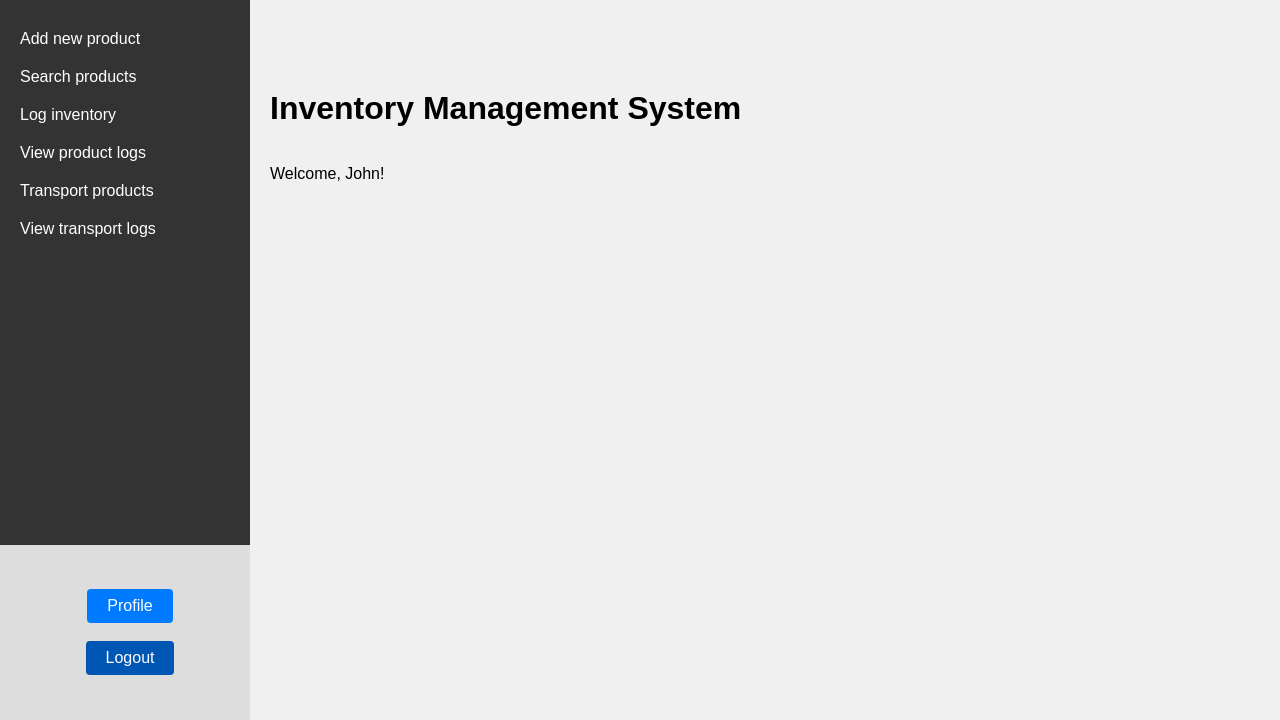
Repository: Warspinix/Flask-Web-Applications
Page: http://localhost/dashboard
These files come from the project's save history. The page is drawn as it stood at one moment and after the next save; the edit follows.
The browser window is 1280 px wide. The pictures show the whole page.
The pointer rests on the first visible `.profile-logout a.btn-danger`.
The page is served by the project's application, run on Flask 3 (app.py). The session is filled in as if someone had signed in: {"user_id": 1, "first_name": "John"}.

Above is the page before, as saved 2024-06-13 22:36:38.

### templates/dashboard.html
<!-- dashboard.html -->

<!DOCTYPE html>
<html>

<head>
    <title>Inventory Management System</title>
    <link rel="stylesheet" type="text/css" href="{{ url_for('static', filename='style.css') }}">
</head>

<body>
    <div class="container">
        <!-- Navigation Bar -->
        <nav class="navbar" id="navbar">
            <div class="navbar-container">
                <!-- Functionality list -->
                <ul class="navbar-menu" id="menu">
                    <li><a href="{{ url_for('add_product') }}">Add new product</a></li>
                    <li><a href="{{ url_for('search_products') }}">Search products</a></li>
                    <li><a href="{{ url_for('log_inventory') }}">Log inventory</a></li>
                    <li><a href="{{ url_for('view_product_logs') }}">View product logs</a></li>
                    <li><a href="{{ url_for('transport_products') }}">Transport products</a></li>
                    <li><a href="{{ url_for('view_transport_logs') }}">View transport logs</a></li>
                </ul>

                <div class="profile-logout">
                    <a href="{{ url_for('profile') }}" class="btn btn-primary">Profile</a><br>
                    <a href="{{ url_for('logout') }}" class="btn btn-danger">Logout</a>
                </div>
            </div>
        </nav>
        <div class="content">
            <h1>Inventory Management System</h1>

            <!-- Welcome message -->
            <p>Welcome, {{ first_name }}!</p>
        </div>
    </div>
</body>

</html>

### app.py
from flask import Flask, render_template, redirect, url_for, flash, session
import flask_mysqldb
from flask_wtf import FlaskForm
from wtforms import StringField, PasswordField, SubmitField, IntegerField, SelectField
from wtforms.validators import DataRequired, NumberRange, Optional
import os
import datetime
from flask_bcrypt import Bcrypt

secret_key = os.urandom(24).hex()

app = Flask(__name__)
app.config["SECRET_KEY"] = secret_key
app.config["MYSQL_HOST"] = "localhost"
app.config["MYSQL_USER"] = "root"
app.config["MYSQL_PASSWORD"] = ""
app.config["MYSQL_DB"] = "inventory"

bcrypt = Bcrypt(app)

mysql = flask_mysqldb.MySQL(app)

class RegistrationForm(FlaskForm):
    email = StringField("Email", validators=[DataRequired()])
    first_name = StringField("First Name", validators=[DataRequired()])
    last_name = StringField("Last Name", validators=[DataRequired()])
    password = PasswordField("Password", validators=[DataRequired()])
    submit = SubmitField("Register")

class LoginForm(FlaskForm):
    user_id = StringField("User ID", validators=[DataRequired()])
    password = PasswordField("Password", validators=[DataRequired()])
    submit = SubmitField("Login")

class AddProductForm(FlaskForm):
    product_name = StringField("Product Name", validators=[DataRequired()])
    submit = SubmitField("Add Product")

class SearchForm(FlaskForm):
    search_by = StringField("Search by", validators=[DataRequired()])
    search_term = StringField("Search term", validators=[DataRequired()])
    submit = SubmitField("Search")

class AddToInventoryForm(FlaskForm):
    product_id = StringField("Product ID", validators=[DataRequired()])
    quantity_added = StringField("Quantity to add", validators=[DataRequired()])
    submit = SubmitField("Add to Inventory")

from flask_wtf import FlaskForm
from wtforms import SelectField, StringField, SubmitField
from wtforms.validators import DataRequired, Optional

class ViewProductLogsForm(FlaskForm):
    search_by = SelectField("Search by", choices=[
        ('', 'Select option'),
        ('id', 'Product ID'),
        ('month', 'Month'),
        ('both', 'Both')
    ], validators=[DataRequired()])
    product_id = StringField("Product ID", validators=[Optional()])
    month = SelectField("Select month", choices=[
        ('', 'Select month'),
        ('1', 'January'), ('2', 'February'), ('3', 'March'), ('4', 'April'),
        ('5', 'May'), ('6', 'June'), ('7', 'July'), ('8', 'August'),
        ('9', 'September'), ('10', 'October'), ('11', 'November'), ('12', 'December')
    ], validators=[Optional()])
    submit = SubmitField("View Logs")


class TransportForm(FlaskForm):
    product_id = IntegerField('Product ID', validators=[DataRequired(), NumberRange(min=1)])
    quantity_transported = IntegerField('Quantity to transport', validators=[DataRequired(), NumberRange(min=1)])
    submit = SubmitField('Transport')

class ViewTransportLogsForm(FlaskForm):
    search_by = SelectField("Search by", choices=[('', 'Select option'), ('id', 'Product ID'), ('month', 'Month'), ('both', 'Both')], validators=[DataRequired()])
    product_id = StringField("Product ID", validators=[Optional()])
    month = StringField("Select month", validators=[Optional()])
    submit = SubmitField("View Logs")


@app.route("/")
def index():
    return render_template("index.html")

@app.route("/register", methods=["GET", "POST"])
def register():
    form = RegistrationForm()
    if form.validate_on_submit():
        cur = mysql.connection.cursor()
        cur.execute("SELECT COUNT(*) FROM users")
        count = cur.fetchone()[0] + 1
        user_id = str(datetime.date.today().year) + str(count).zfill(3)
        registration_date = datetime.date.today()
        registration_time = datetime.datetime.now().time()
        hashed_password = bcrypt.generate_password_hash(form.password.data).decode('utf-8')
        cur.execute("INSERT INTO users (id, email, first_name, last_name, password, registration_date, registration_time) VALUES (%s, %s, %s, %s, %s, %s, %s)",
                    (user_id, form.email.data, form.first_name.data, form.last_name.data, hashed_password, registration_date, registration_time))
        mysql.connection.commit()
        # flash("Registration successful! You will be redirected to the home page in 3 seconds.")
        # return render_template("register_success.html")
        return redirect(url_for("index"))
    return render_template("register.html", form=form)

@app.route("/login", methods=["GET", "POST"])
def login():
    form = LoginForm()
    if form.validate_on_submit():
        cur = mysql.connection.cursor()
        print(form.user_id.data)
        print(form.password.data)
        cur.execute("SELECT password, first_name FROM users WHERE email = %s", (form.user_id.data,))
        result = cur.fetchone()
        print(result)
        if result:
            hashed_password = result[0]
            if bcrypt.check_password_hash(hashed_password, form.password.data):
                session['user_id'] = form.user_id.data
                session['first_name'] = result[1]  # Store first name in session
                return redirect(url_for("dashboard"))
            else:
                flash("Invalid user ID or password")
        else:
            flash("Invalid user ID or password")
    return render_template("login.html", form=form)

@app.route("/logout")
def logout():
    session.pop('user_id', None)
    session.pop('first_name', None)
    return redirect(url_for("index"))

@app.route("/dashboard")
def dashboard():
    if 'user_id' not in session:
        return redirect(url_for("login"))
    return render_template("dashboard.html", user_id=session['user_id'], first_name=session['first_name'])

@app.route("/profile")
def profile():
    if 'user_id' not in session:
        return redirect(url_for("login"))
    cur = mysql.connection.cursor()
    cur.execute("SELECT email, first_name, last_name, registration_date FROM users WHERE id = %s", (session['user_id'],))
    result = cur.fetchone()
    if result:
        return render_template("profile.html", email=result[0], first_name=result[1], last_name=result[2], registration_date=result[3])
    else:
        flash("User not found")
        return redirect(url_for("dashboard"))

@app.route("/add_product", methods=["GET", "POST"])
def add_product():
    if 'user_id' not in session:
        return redirect(url_for("login"))
    form = AddProductForm()
    if form.validate_on_submit():
        cur = mysql.connection.cursor()
        cur.execute("INSERT INTO products (name, quantity) VALUES (%s, %s)",
                    (form.product_name.data, 0))
        mysql.connection.commit()
        cur.execute("SELECT id FROM products ORDER BY id DESC LIMIT 1")
        product_id = cur.fetchone()[0]
        flash("Product added successfully! Product ID is " + str(product_id))
    return render_template("add_product.html", form=form, user_id=session['user_id'], first_name=session['first_name'])

@app.route("/search_products", methods=["GET", "POST"])
def search_products():
    if 'user_id' not in session:
        return redirect(url_for("login"))
    form = SearchForm()
    if form.validate_on_submit():
        cur = mysql.connection.cursor()
        if form.search_by.data == "id":
            cur.execute("SELECT * FROM products WHERE id = %s", (form.search_term.data,))
        else:
            cur.execute("SELECT * FROM products WHERE name LIKE %s", ("%" + form.search_term.data + "%",))
        products = cur.fetchall()
        return render_template("search_products.html", form=form, products=products, user_id=session['user_id'], first_name=session['first_name'])
    return render_template("search_products.html", form=form, user_id=session['user_id'], first_name=session['first_name'])

@app.route("/log_inventory", methods=["GET", "POST"])
def log_inventory():
    if 'user_id' not in session:
        return redirect(url_for("login"))
    form = AddToInventoryForm()
    if form.validate_on_submit():
        cur = mysql.connection.cursor()
        cur.execute("SELECT quantity FROM products WHERE id = %s", (form.product_id.data,))
        result = cur.fetchone()
        if result:
            new_quantity = result[0] + int(form.quantity_added.data)
            cur.execute("UPDATE products SET quantity = %s WHERE id = %s", (new_quantity, form.product_id.data))
            mysql.connection.commit()
            cur.execute("INSERT INTO products_log (product_id, quantity_added, log_date, log_time, user_id) VALUES (%s, %s, %s, %s, %s)",
                        (form.product_id.data, form.quantity_added.data, datetime.date.today(), datetime.datetime.now().time(), session['user_id']))
            mysql.connection.commit()
            flash("Inventory updated successfully!")
        else:
            flash("Product not found")
    return render_template("log_inventory.html", form=form, user_id=session['user_id'], first_name=session['first_name'])

@app.route("/view_product_logs", methods=["GET", "POST"])
def view_product_logs():
    if 'user_id' not in session:
        return redirect(url_for("login"))

    form = ViewProductLogsForm()
    product_logs = None

    if form.validate_on_submit():
        search_by = form.search_by.data
        product_id = form.product_id.data
        month = form.month.data

        query = """SELECT pl.product_id, p.name, pl.quantity_added, pl.log_date, pl.log_time,
                          CONCAT(u.first_name, ' ', u.last_name) AS full_name
                   FROM products_log pl
                   JOIN products p ON pl.product_id = p.id
                   JOIN users u ON pl.user_id = u.id"""
        conditions = []
        params = []

        if search_by == 'id':
            conditions.append("pl.product_id = %s")
            params.append(product_id)
        elif search_by == 'month':
            conditions.append("MONTH(pl.log_date) = %s")
            params.append(month)
        elif search_by == 'both':
            conditions.append("pl.product_id = %s AND MONTH(pl.log_date) = %s")
            params.append(product_id)
            params.append(month)

        if conditions:
            query += " WHERE " + " AND ".join(conditions)

        cur = mysql.connection.cursor()
        cur.execute(query, tuple(params))
        product_logs = cur.fetchall()

    return render_template("view_product_logs.html", form=form, product_logs=product_logs, user_id=session['user_id'], first_name=session['first_name'])

@app.route("/transport_products", methods=["GET", "POST"])
def transport_products():
    if 'user_id' not in session:
        return redirect(url_for("login"))
    form = TransportForm()
    if form.validate_on_submit():
        cur = mysql.connection.cursor()
        cur.execute("SELECT quantity FROM products WHERE id = %s", (form.product_id.data,))
        result = cur.fetchone()
        if result:
            current_quantity = result[0]
            if current_quantity >= form.quantity_transported.data:
                new_quantity = current_quantity - form.quantity_transported.data
                cur.execute("UPDATE products SET quantity = %s WHERE id = %s", (new_quantity, form.product_id.data))
                mysql.connection.commit()
                cur.execute("INSERT INTO transports_log (product_id, user_id, quantity_transported, log_date, log_time) VALUES (%s, %s, %s, %s, %s)",
                            (form.product_id.data, session['user_id'], form.quantity_transported.data, datetime.date.today(), datetime.datetime.now().time()))
                mysql.connection.commit()
                flash("Product transported successfully!")
            else:
                flash("Not enough quantity in stock")
        else:
            flash("Product not found")
    return render_template("transport_products.html", form=form, user_id=session['user_id'], first_name=session['first_name'])

@app.route("/view_transport_logs", methods=["GET", "POST"])
def view_transport_logs():
    if 'user_id' not in session:
        return redirect(url_for("login"))
    form = ViewTransportLogsForm()
    transport_logs = None
    if form.validate_on_submit():
        search_by = form.search_by.data
        product_id = form.product_id.data
        month = form.month.data

        query = """SELECT tl.id, tl.product_id, p.name, tl.quantity_transported, tl.log_date, tl.log_time,
                          CONCAT(u.first_name, ' ', u.last_name) AS full_name
                   FROM transports_log tl
                   JOIN products p ON tl.product_id = p.id
                   JOIN users u ON tl.user_id = u.id"""
        params = []

        if search_by == 'id':
            query += " WHERE tl.product_id = %s"
            params.append(product_id)
        elif search_by == 'month':
            query += " WHERE MONTH(tl.log_date) = %s"
            params.append(month)
        elif search_by == 'both':
            query += " WHERE tl.product_id = %s AND MONTH(tl.log_date) = %s"
            params.append(product_id)
            params.append(month)

        cur = mysql.connection.cursor()
        cur.execute(query, tuple(params))
        transport_logs = cur.fetchall()

    return render_template("view_transport_logs.html", form=form, transport_logs=transport_logs, user_id=session['user_id'], first_name=session['first_name'])

if __name__ == "__main__":
    app.run(debug=True)

### static/style.css
/* Reset default styles */
* {
    margin: 0;
    padding: 0;
    box-sizing: border-box;
}

body {
    font-family: Arial, sans-serif;
    background-color: #f0f0f0;
    display: flex;
    flex-direction: column;
    min-height: 100vh;
}

h1 {
    padding-bottom: 1.2em;
}

/* Navigation Bar styles */
.navbar {
    background-color: #333;
    color: #fff;
    position: fixed;
    width: 250px; /* Set the width */
    height: 100%;
    top: 0;
    left: 0;
    z-index: 1000;
    transition: all 0.3s ease;
}

.navbar-container {
    display: flex;
    flex-direction: column;
    height: 100%;
}

.navbar-header {
    display: flex;
    align-items: center;
    justify-content: space-between; /* Adjust spacing */
    margin-bottom: 20px; /* Adjust spacing */
}

.navbar-brand {
    color: #fff;
    text-decoration: none;
    font-size: 1.5rem;
    margin-left: 10px;
}

.navbar-menu {
    list-style-type: none;
    display: flex;
    height: 75svh;
    /* padding: 10px 20px; */
    flex-direction: column;
    margin-top: 20px; /* Push menu items to the bottom */
}

.navbar-menu li {
    margin-right: 0; /* Remove margin */
}

.navbar-menu li a {
    color: #fff;
    text-decoration: none;
}

.navbar-menu li {
    padding: 10px 20px;
    transition: color 0.3s ease;
}

.navbar-menu li:hover {
    background-color: #007bff;
}

/* Profile and logout buttons */
.profile-logout {
    display: flex;
    flex-direction: column;
    background-color: #ddd;
    align-items: center;
    justify-content: center;
    text-align: right;
    padding: 10px 40px;
    height: 25svh;
}

.profile-logout a {
    color: #fff;
    text-decoration: none;
    padding: 8px 20px;
    border-radius: 4px;
    margin-left: 10px;
    transition: background-color 0.3s ease;
}

.profile-logout a.btn {
    color: #fff;
    text-decoration: none;
    padding: 8px 20px;
    border-radius: 4px;
    transition: background-color 0.3s ease;
}

.profile-logout a.btn-primary {
    background-color: #007bff;
}

.profile-logout a.btn-danger {
    background-color: #dc3545;
}

.profile-logout a.btn-danger:hover {
    background-color: #0056b3;
}


/* Menu toggle button */
.menu-toggle {
    background: none;
    border: none;
    cursor: pointer;
    display: none;
    padding: 5px;
    position: absolute;
    top: 10px;
    right: 10px;
    z-index: 1500;
}

.menu-toggle span {
    background-color: #fff;
    display: block;
    height: 2px;
    margin-bottom: 4px;
    transition: transform 0.2s ease, background-color 0.2s ease;
    width: 20px;
}

.menu-toggle span:nth-child(1) {
    transform: translateY(6px) rotate(45deg);
}

.menu-toggle span:nth-child(2) {
    opacity: 0;
}

.menu-toggle span:nth-child(3) {
    transform: translateY(-6px) rotate(-45deg);
}

@media screen and (max-width: 768px) {
    .navbar {
        width: 250px;
        transform: translateX(-100%);
        transition: transform 0.3s ease;
    }

    .navbar.active {
        transform: translateX(0);
    }

    .navbar-container {
        flex-direction: row;
    }

    .navbar-header {
        margin-bottom: 20px; /* Adjust spacing */
        width: 100%;
        display: flex;
        justify-content: space-between;
    }

    .navbar-brand {
        margin-bottom: 0; /* Adjust spacing */
    }

    .navbar-menu {
        flex-direction: column;
        margin-top: 0;
        width: 100%;
    }

    .navbar-menu.active {
        flex-direction: column;
    }

    .menu-toggle {
        display: block;
    }

    .profile-logout a {
        margin-left: 10px;
        margin-bottom: 0;
    }
}

/* Side Navigation for small screens */
.side-nav {
    position: fixed;
    top: 0;
    left: -250px;
    width: 250px;
    height: 100%;
    background-color: #333;
    transition: all 0.3s ease;
    z-index: 1200;
}

.side-nav.active {
    left: 0;
}

.side-nav ul {
    list-style-type: none;
    padding: 0;
    margin: 20px 0;
}

.side-nav ul li {
    padding: 10px;
    border-bottom: 1px solid #666;
}

.side-nav ul li a {
    color: #fff;
    text-decoration: none;
    display: block;
    transition: all 0.3s ease;
}

.side-nav ul li a:hover {
    background-color: #007bff;
}

/* Content area */
.content {
    margin-left: 250px; /* Width of the side nav */
    margin-top: 70px;
    padding: 20px;
    flex: 1;
}

/* Form styles */
form {
    background-color: #fff;
    padding: 20px;
    border-radius: 8px;
    box-shadow: 0 4px 6px rgba(0, 0, 0, 0.1);
}

form label {
    font-weight: bold;
}

form input[type="number"],
form select {
    padding: 8px;
    margin-top: 5px;
    width: 100%;
    border: 1px solid #ccc;
    border-radius: 4px;
}

form input[type="submit"] {
    background-color: #007bff;
    color: #fff;
    border: none;
    padding: 10px 20px;
    cursor: pointer;
    margin-top: 10px;
    border-radius: 4px;
    transition: background-color 0.3s ease;
}

form input[type="submit"]:hover {
    background-color: #0056b3;
}

/* Table styles */
table {
    width: 100%;
    margin-top: 20px;
    border-collapse: collapse;
    border-radius: 8px;
    overflow: hidden;
    box-shadow: 0 4px 6px rgba(0, 0, 0, 0.1);
}

table th, table td {
    padding: 12px 15px;
    text-align: left;
    border-bottom: 1px solid #ddd;
}

table th {
    background-color: #007bff;
    color: #fff;
}

After the next save:
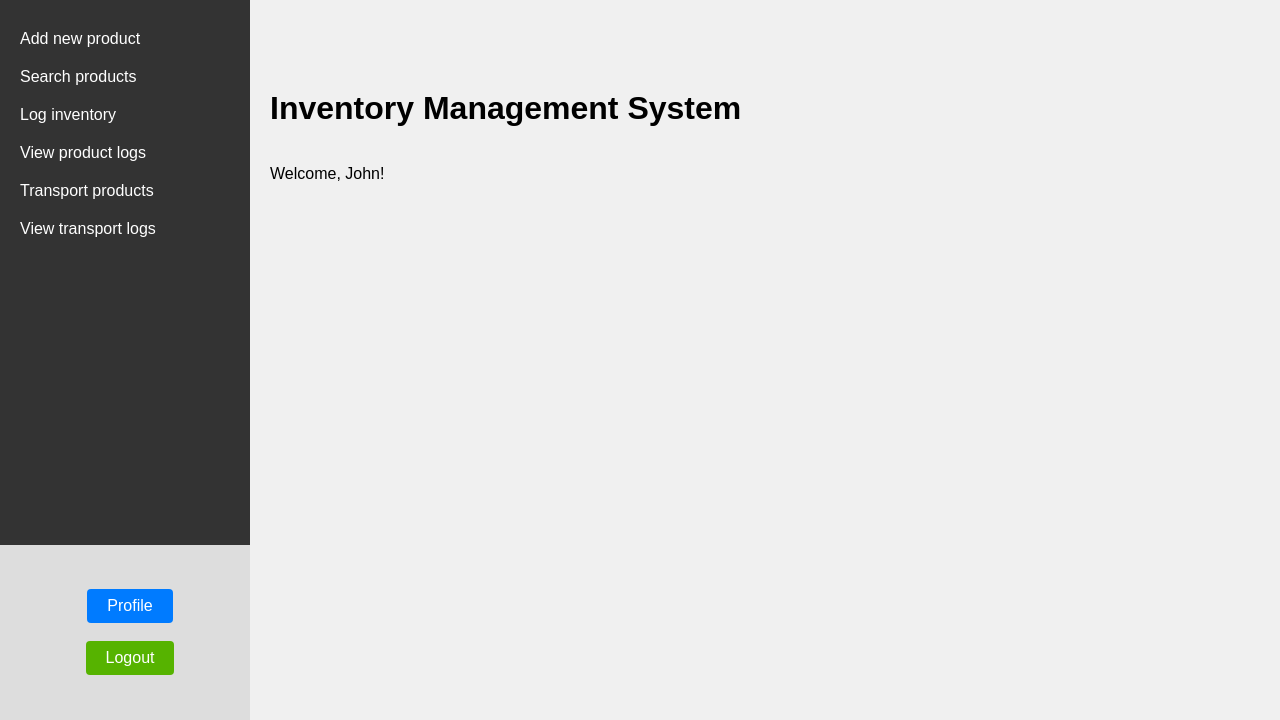
Saved 22 s later.
--- a/static/style.css
+++ b/static/style.css
@@ -115,7 +115,7 @@ h1 {
 }
 
 .profile-logout a.btn-danger:hover {
-    background-color: #0056b3;
+    background-color: #56b300;
 }
 
 
